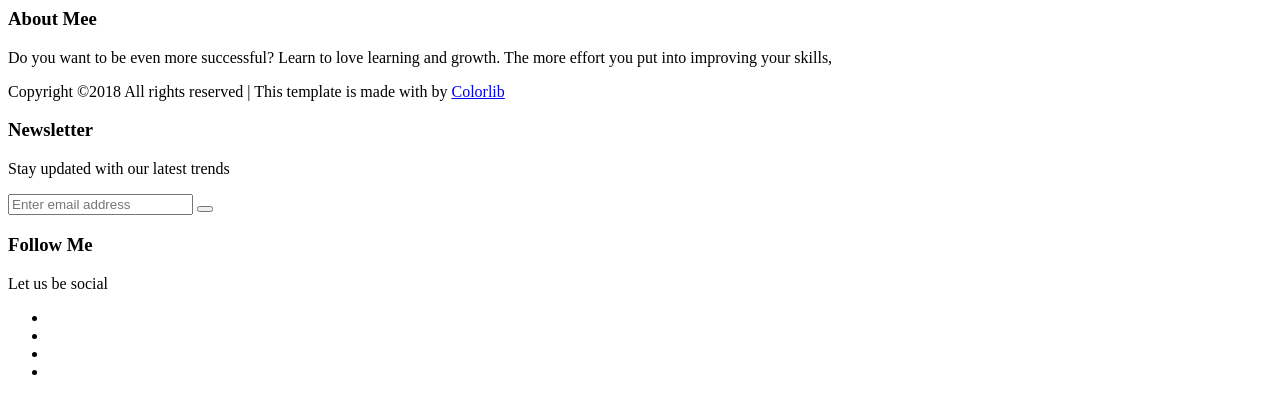
Repository: ChaabeneHabib/habib-chaabene
Page: footerr.html
The author's editor kept a copy of each file at every save. The page is drawn from the files as they stood at one save, then again after the next save.
The browser window is 1280 px wide. The pictures show the whole page.

Above is the page before, as saved 2019-11-17 22:33:09.

### footerr.html
<footer class="footer_area p_120">
    <div class="container">
        <div class="row footer_inner">
            <div class="col-lg-5 col-sm-6">
                <aside class="f_widget ab_widget">
                    <div class="f_title">
                        <h3>About Mee</h3>
                    </div>
                    <p>Do you want to be even more successful? Learn to love learning and growth. The more effort you put into improving your skills,</p>
                    <p><!-- Link back to Colorlib can't be removed. Template is licensed under CC BY 3.0. -->
Copyright &copy;<script>document.write(new Date().getFullYear());</script> All rights reserved | This template is made with <i class="fa fa-heart-o" aria-hidden="true"></i> by <a href="https://colorlib.com" target="_blank">Colorlib</a>
<!-- Link back to Colorlib can't be removed. Template is licensed under CC BY 3.0. --></p>
                </aside>
            </div>
            <div class="col-lg-5 col-sm-6">
                <aside class="f_widget news_widget">
                    <div class="f_title">
                        <h3>Newsletter</h3>
                    </div>
                    <p>Stay updated with our latest trends</p>
                    <div id="mc_embed_signup">
                        <form target="_blank" action="https://spondonit.us12.list-manage.com/subscribe/post?u=1462626880ade1ac87bd9c93a&amp;id=92a4423d01" method="get" class="subscribe_form relative">
                            <div class="input-group d-flex flex-row">
                                <input name="EMAIL" placeholder="Enter email address" onfocus="this.placeholder = ''" onblur="this.placeholder = 'Email Address '" required="" type="email">
                                <button class="btn sub-btn"><span class="lnr lnr-arrow-right"></span></button>
                            </div>
                            <div class="mt-10 info"></div>
                        </form>
                    </div>
                </aside>
            </div>
            <div class="col-lg-2">
                <aside class="f_widget social_widget">
                    <div class="f_title">
                        <h3>Follow Me</h3>
                    </div>
                    <p>Let us be social</p>
                    <ul class="list">
                        <li><a href="#"><i class="fa fa-facebook"></i></a></li>
                        <li><a href="#"><i class="fa fa-twitter"></i></a></li>
                        <li><a href="#"><i class="fa fa-dribbble"></i></a></li>
                        <li><a href="#"><i class="fa fa-behance"></i></a></li>
                    </ul>
                </aside>
            </div>
        </div>
    </div>
</footer>
<!--================End Footer Area =================-->

After the next save:
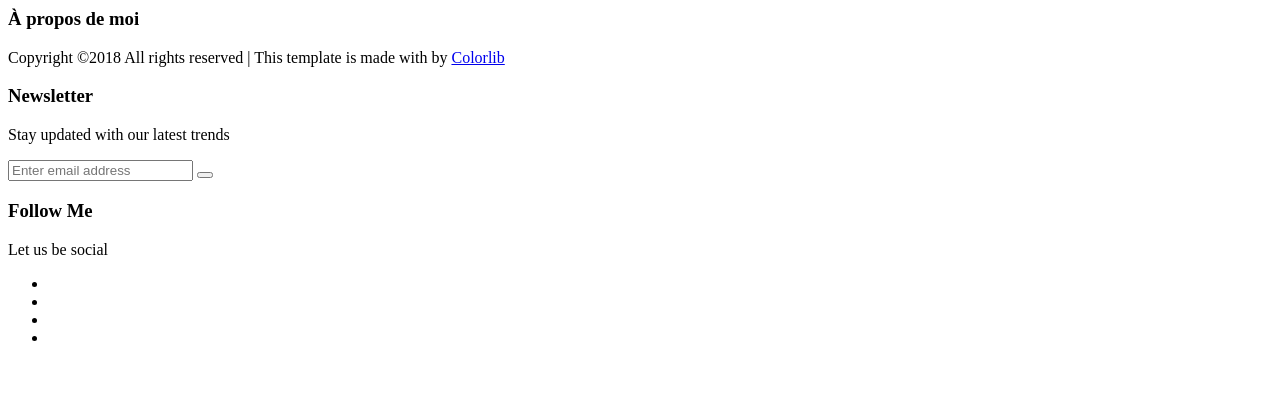
Saved 37 s later.
--- a/footerr.html
+++ b/footerr.html
@@ -4,9 +4,10 @@
             <div class="col-lg-5 col-sm-6">
                 <aside class="f_widget ab_widget">
                     <div class="f_title">
-                        <h3>About Mee</h3>
+                        <h3>
+                            À propos de moi</h3>
                     </div>
-                    <p>Do you want to be even more successful? Learn to love learning and growth. The more effort you put into improving your skills,</p>
+                    <p></p>
                     <p><!-- Link back to Colorlib can't be removed. Template is licensed under CC BY 3.0. -->
 Copyright &copy;<script>document.write(new Date().getFullYear());</script> All rights reserved | This template is made with <i class="fa fa-heart-o" aria-hidden="true"></i> by <a href="https://colorlib.com" target="_blank">Colorlib</a>
 <!-- Link back to Colorlib can't be removed. Template is licensed under CC BY 3.0. --></p>
